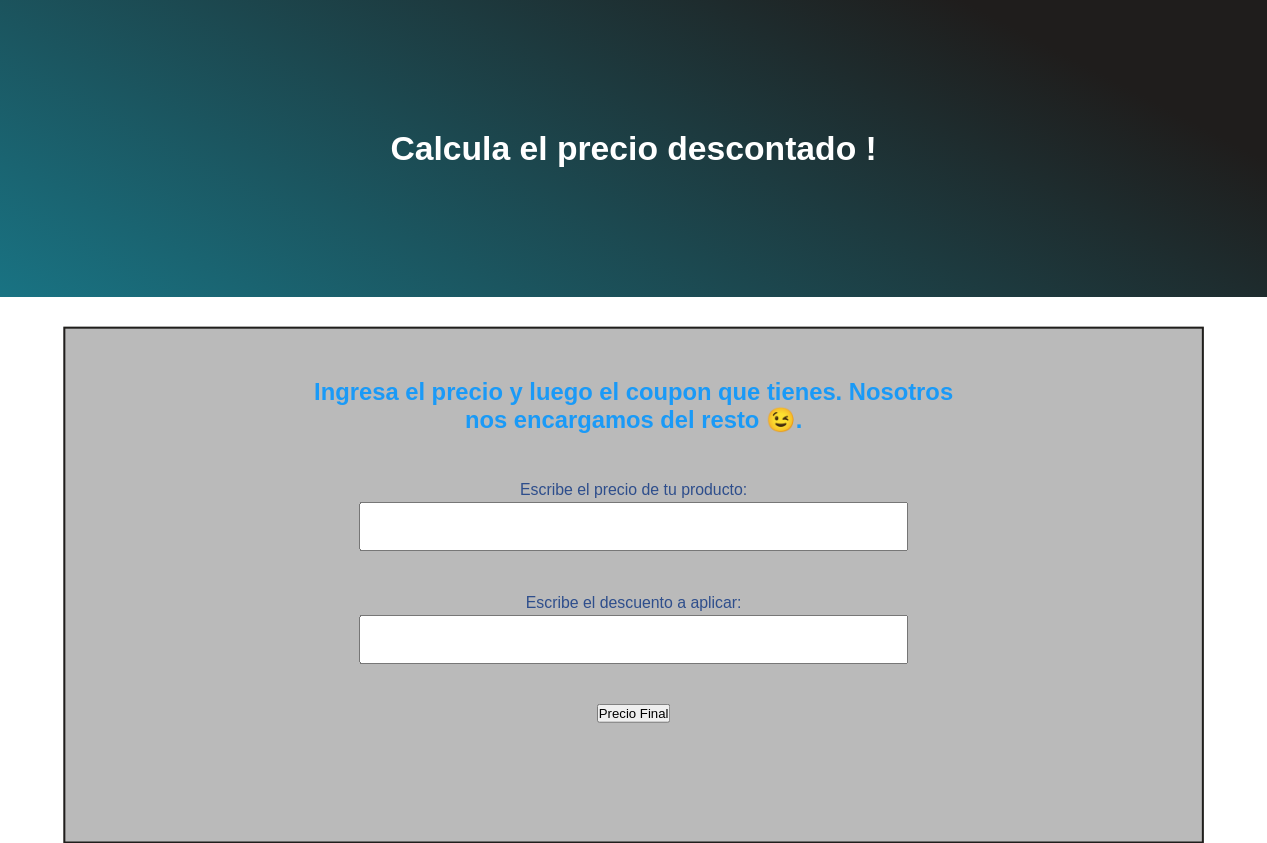
Repository: ChristianGecchelin/javascript-project
Page: javascript-project/descuentos y porcentajes/descuentos.html
The author's editor kept a copy of each file at every save. The page is drawn from the files as they stood at one save, then again after the next save.
The browser window is 1280 px wide. The pictures show the whole page, at 99% of full size.

Above is the page before, as saved 2021-12-05 18:28:55.

After the next save:
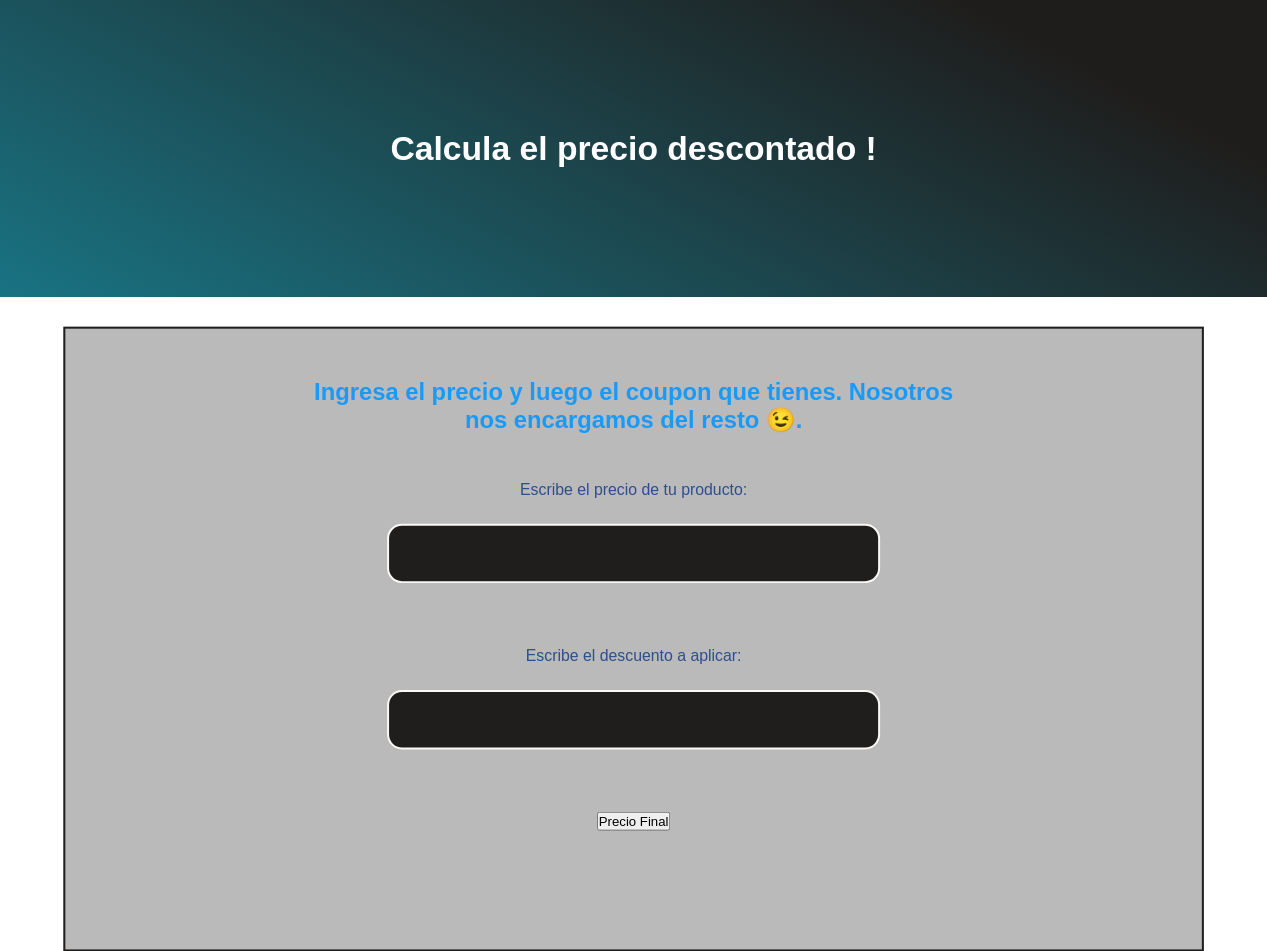
Saved 16 s later.
--- a/javascript-project/descuentos y porcentajes/style.css
+++ b/javascript-project/descuentos y porcentajes/style.css
@@ -83,6 +83,12 @@ header .header--title-container h1 {
   color: rgba(34, 68, 136, 0.92);
 }
 .title-container .container-form .form--input {
-  width: 50%;
-  height: 50px;
+  width: 45%;
+  height: 60px;
+  margin: 2%;
+  padding: 5px 10px;
+  border: 2px solid var(--off-white);
+  border-radius: 15px;
+  background-color: var(--warm-black);
+  color: var(--off-white);
 }
